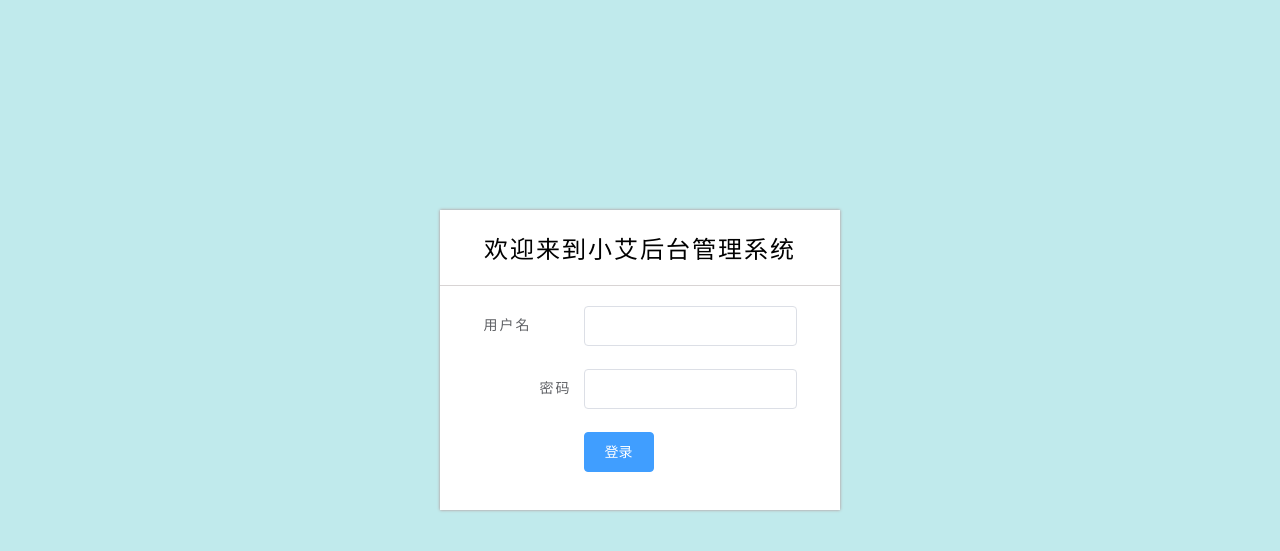
Repository: noob-injoker/router-slots-cw-ee
Page: /Login
The author's editor kept a copy of each file at every save. The page is drawn from the files as they stood at one save, then again after the next save.
The browser window is 1280 px wide. The pictures show the whole page.
The project was rebuilt for these pictures with package versions that can differ from the ones it lists, and the page was loaded fresh each time. Also part of the build but not shown: vue.config.js, src/views/Home.vue.

Above is the page before, as saved 2020-08-28 17:40:38.

### src/main.js
import Vue from 'vue'
import App from './App.vue'
import router from './router'
import store from './store'
import './bus'
import ElementUI from 'element-ui'
import 'element-ui/lib/theme-chalk/index.css'

Vue.use(ElementUI)

Vue.config.productionTip = false

new Vue({
  router,
  store,
  render: h => h(App)
}).$mount('#app')

### src/App.vue
<template>
<div id="app">

  <router-view />

</div>
</template>

<style>
@import './styles/styles.scss';
@import './styles/common.scss';
</style>

### src/router/index.js
import Vue from 'vue'
import VueRouter from 'vue-router'
import Home from '../views/Home.vue'
import Layout from '../views/Home.vue'

Vue.use(VueRouter)

  const routes = [
    {
      path: '/',
      name: 'Layout',
      component: Layout,
      children: [

        {
          path: '',
          name: 'Home',
          component: Home
        }
        // ,
        // {
        //   path: 'cata',
        //   name: 'cata',
        //   component: () => import('../views/cata.vue')
        // }
      ]

    },
    {
      path:'/Login',
      name:"Login",
      component: () => import('../views/Login.vue'),
      meta:{
        title:'登录'
      }
    },
  // ,
  // {
  //   path: '/about',
  //   name: 'About',
  //   // route level code-splitting
  //   // this generates a separate chunk (about.[hash].js) for this route
  //   // which is lazy-loaded when the route is visited.
  //   component: () => import(/* webpackChunkName: "about" */ '../views/About.vue')
  // }

]

const router = new VueRouter({
  mode: 'history',
  base: process.env.BASE_URL,
  routes
})

export default router

### src/store/index.js
import Vue from 'vue'
import Vuex from 'vuex'

Vue.use(Vuex)

export default new Vuex.Store({
  state: {
    some:""
  },
  mutations: {
    setSome(state,data){
      state.some = data
    }
  },
  actions: {
  },
  modules: {
  }
})

### src/bus/index.js
import Vue from 'vue'
const bus = new Vue()
Vue.prototype.$bus = bus

### src/styles/styles.scss
.username .el-form-item__label,.password .el-form-item__label{
    text-align: left;
}

### src/styles/common.scss
*{
  margin: 0px;
  padding: 0px;
}

.df{
  display: flex;
}
.f-1{
  flex: 1;
}
.j-center{
  display: flex;
  justify-content: center;

}
.j-bettween{
  display: flex;
  justify-content: space-between;

}
.j-around{
  display: flex;
  justify-content: space-around;
}
.j-end{
  display: flex;
  justify-content: flex-end;
}
.a-center{
  align-items: center;
}
.f-column{
  display: flex;
  flex-direction: column;
}
.p-r{
  position: relative;
}
.p-a{
  position: absolute;
}

.r1{
  border: 1px solid red;
}
.y1{
  border: 1px solid yellow;
}
.b1{
  border: 1px solid black;
}

.l-height32{
  line-height: 32px;
}
.w100{

  width: 100%;

}
.t-center{
  text-align: center;

}
.f12{
  font-size: 12px;
}

.w1170{
  width: 1170px;
}
.h100{
  height: 100px;
}
.h70{
  height: 70px;
}
.h436{
  height: 436px;
}
.h350{
  height: 350px;
}
.w1070{
  width: 1070px;
}
.h1590{
  height: 1590px;
}
.h726{
  height: 726px;
}
.w1054{
  width: 1054px;
}
.h160{
  height: 160px;
}
.w732{
  width: 732px;
}
.b2{
  border: 2px solid black;
}
.h434{
  height: 434px;

}
.h600{
  height: 600px;
}
.w1078{
  width: 1078px;
}
.h362{
  height: 362px;
}
.fs16{
  font-size: 16px;
}
.w652{
  width: 652px;

}
.h82{
  height: 82px;
}
.w1064{
  width: 1064px;
}
.h352{
  height: 352px;
}
.w286{
  width: 286px;
}
.h22{
  height: 22px;
}
.w290{
  width: 290px;
}
.h330{
  height: 330px;
}
.mt40{
  margin-top: 40px;
}
.h724{
  height: 724px;
}
.h630{
  height: 630px;

}
.w1058{
  width: 1058px;
}
.h160{
  height: 160px;
}
.w290{
  width: 290px;
}
.w738{
  width: 738px;
}
.w1170{
  width: 1170;
}
.h468{
  height: 468px;
}
.mt20{
  margin-top: 20px;
}
.h318{
  height: 318px;
}
.w652{
  width: 652px;
}
.w370{
  width: 370px;
}
.h314{
  height: 314px;
}
.g1{
  border: 1px solid gray;
}
.w146{
  width: 146px;
}
.box_content3_pic img{
  width: 100%;
  height: 100%;
}
.w488{
  width: 488px;
}
.h420{
  height: 420px;
}
.h234{
  height: 234px;
}
.w950{
  width: 950px;
}
.h68{
  height: 68px;
}
.w124{
  width: 124px;
}
.h50{
  height: 50px;
}
.w190{
  width: 190px;
}
.h44{
  height: 44px;
}
.w184{
  width: 184px;
}
.h32{
  height: 32px;
}
.h400{
  height: 400px;
}
.w1200{
  width: 1200px;
}
.w950{
  width: 950px;

}
.h630{
  height: 630px;
}
.h188{
  height: 188px;
}
.h380{
  height: 380px;
}
.h335{
  height: 335px;
}
.h138{
  height: 138px;
}
.w238{
  width: 238px;
}
.h668{
  height: 668px;
}
.h446{
  height: 446px;
}
.w460{
  width: 460px;
}
.w140{
  width: 140px;
}
.h140{
  height: 140px;
}
.w320{
  width: 320px;
}
.w950{
  width: 950px;

}
.h498{
  height: 498px;
}
.h100{
  height: 100px;
}
.h398{
  height: 398px;
}
.mb10{
  margin-bottom: 10px;
}
.w358{
  width: 358px;
}
.w440{
  width: 440px;
}
.w119{
  width: 119px;
}
.h30{
  height: 30px;
}
.w59{
  width: 59px;
}
.h88{
  height: 88px;
}
.w1000{
  width: 1000px;
}
.height{
  height: 460px;
}
.w120{
  width: 120px;
}
.h70{
  height: 70px;
}
.fs12{
  font-size: 12px;
}
.fs14{
  font-size: 14px;
}
.h509{
  height: 509px;
}
.w644{
  width: 644px;
}
.w274{
  width: 274px;
}
.w162{
  width: 274px;
}
.h104{
  height: 104px;
}
.w450{
  width: 450px;
}
.w162{
  width: 162px;
}
.h38{
  height: 38px;
}
.h40{
  height: 40px;
}
.w276{
  width: 276px;
}
.h320{
  height: 320px;
}
.w274{
  width: 274px;

}
.h76{
  height: 76px;
}
.h84{
  height: 84px;
}
.h140{
  height: 140px;
}
.h72{
  height: 72px;
}
.h80{
  height: 80px;
}
.h140{
  height: 140px;
}
.w98{
  width: 98px;
}
.w172{
  width: 172px;
}
.h310{
  height: 310px;
}
.h150{
  height: 150px;
}
.h40{
  height: 40px;
}
.pr{
  position: relative;
}
.pa{
  position: absolute;
}
.h176{
  height: 176px;
}
.w920{
  width: 920px;
}
.h122{
  height: 122px;
}
.h145{
  height: 145px;
}
.h108{
  height: 108px;
}
.h48{
  height: 48px;
}
.w612{
  width: 612px;
}
.h36{
  height: 36px;
}
.w322{
  width: 322px;
}
.w1002{
  width: 1002px;
}
.h98{
  height: 98px;
}
.h44{
  height: 44px;
}

.h328{
  height: 328px;
}
.w670{
  width: 670px;
}
.w258{
  width: 258px;
}
.h368{
  height: 368px;
}
.h308{
  height: 308px;
}
.w332{
  width: 332px;
}
.h590{
  height: 590px;
}
.h466{
  height: 466px;
}
.w242{
  width: 242px;
}
.w732{
  width: 732px;
}
.h42{
  height: 42px;
}
.w420{
  width: 420px;
}
.w270{
  width: 270px;
}
.w730{
  width: 730px;
}
.h150{
  height: 150px;
}
.w270{
  width: 270px;
}
.h120{
  height: 120px;
}
.w420{
  width: 420px;
}

.h150{
  height: 150px;
}
.w244{
  width: 244px;

}
.h276{
  height: 276px;
}
.h42{
  height: 42px;
}
.h490{
  height: 490px;
}
.f1{
  flex: 1;
}
.f5{
  flex: 5;
}
.h64{
  height: 64px;
}
.m-l-20{
  margin-left: 20px;
}
.p-l-8{

  padding-left: 8px;
}
.cw{
  color: white;
}
.bg_blue{
  background: rgb(87, 87, 128);
}
.p10{
  padding:10px;
}
.m-t-40{
  margin-top: 40px;
}
.m-t-10{
  margin-top: 10px;
}
.wb20{
  width: 20%;
}
.wb24{
  width: 24%;
}
.hb30{
  height: 30%;
}
.h60{
  height: 60px;
}
.fs22{
  font-size: 40px;
}
.h50{
  height: 50px;
}
.w200{
  width: 200px;
}
.m-t-10{
  margin-top: 10px;
}
.fw7{
  font-weight: 700;
}
.w200{
  width: 200px;
}
.h200{
  height: 200px;
}
.h602{
  height: 602px;
}
.h608{
  height: 607px;
}
.m-l-r-20{
  margin-left: 20px;
  margin-right: 20px;
}
.bgwhite{
  background: white;
}
.fixed{
  position: fixed;
}
.m-l-r-15{
  margin-left: 15px;
  margin-right: 15px;
}
.m-l-10{
  margin-left: 10px;
}
.m-t-15{
  margin-top:15px
}
.h40{
  height: 40px;
}
.bgw{
  background: white;
}
.h30{
  height: 30px;
}
.wb100{
  width: 100%;
}
.w300{
  width: 400px;
}
.h40{
  height: 40px;
}
.m-b-20{
  margin-bottom: 20px;
}
.m-t-20{
  margin-top: 20px;
}
.m-r-30{
  margin-right:30px;
}
.ccc{
  display: flex;
  align-items: center;
  justify-content: center;
}
.w00{
  width: 100%;

}
.h00{
  height: 100%;
}
.bgBlue{
  background: blue;
}
.bgBlack{
  background: black;
}
.bgGreen{
  background: green;
}

### src/views/Login.vue
<template>
<div class="box">

  <div class="login-box">
    <div class="title ">欢迎来到小艾后台管理系统</div>
    <div class="line"></div>
    <el-form :model="ruleForm" :rules="rules" ref="ruleForm" label-width="100px" class="demo-ruleForm">

      <div class="username">
        <el-form-item label="用户名" prop="用户名">
          <el-input v-model="ruleForm.username"></el-input>
        </el-form-item>
      </div>

     <div>
      <el-form-item label="密码" prop="密码">
        <el-input type="password" v-model="ruleForm.password"></el-input>
      </el-form-item>
     </div>

      <el-form-item>

        <el-button type="primary" @click="submitForm('ruleForm')">登录</el-button>

      </el-form-item>

    </el-form>
  </div>
</div>
</template>

<script>
export default {
  name: '',
  props: {},
  components: {

  },
  data() {
    return {
      ruleForm: {
        username: '',
        password: "",
      },
      rules: {
        username: [{
            required: true,
            message: '请输入用户名',
            trigger: 'blur'
          },
          {
            min: 3,
            max: 5,
            message: '长度在 3 到 5 个字符',
            trigger: 'blur'
          }
        ],
        password: [{
            required: true,
            message: '请输入密码',
            trigger: 'blur'
          },
          {
            min: 3,
            max: 5,
            message: '长度在 3 到 5 个字符',
            trigger: 'blur'
          }
        ]
      }

    }
  },
  methods: {

    submitForm(formName) {
      this.$refs[formName].validate((valid) => {
        if (valid) {
          alert('submit!');
        } else {
          console.log('error submit!!');
          return false;
        }
      });
    }

  },
  mounted() {

  },
  watch: {

  },
  computed: {

  }
}
</script>

<style lang="scss" scoped>
.line {
  text-align: left !important;
}

.line {
  margin: 20px auto;
  width: 100%;
  height: 1px;
  background: rgb(216, 212, 212);
}

.b1 {
  border: 1px solid red;
}

.title {
  margin-top: 20px;
  font-size: 24px;
}

.el-input__inner {
  background: white;
}

.box {
  letter-spacing: 2px;
  background: rgb(192, 234, 236);
  width: 100%;
  height: 100%;
  position: absolute;

}

.login-box {
  position: absolute;
  margin: auto;
  left: 0;
  right: 0;
  top: 0;
  bottom: 0;
  width: 400px;
  height: 300px;
  background: white;
  box-shadow: 0 0 3px rgb(177, 140, 140);
  display: flex;
  flex-direction: column;
  align-items: center;

}
</style>

Loaded but not shown: public/index.html (common file)

After the next save:
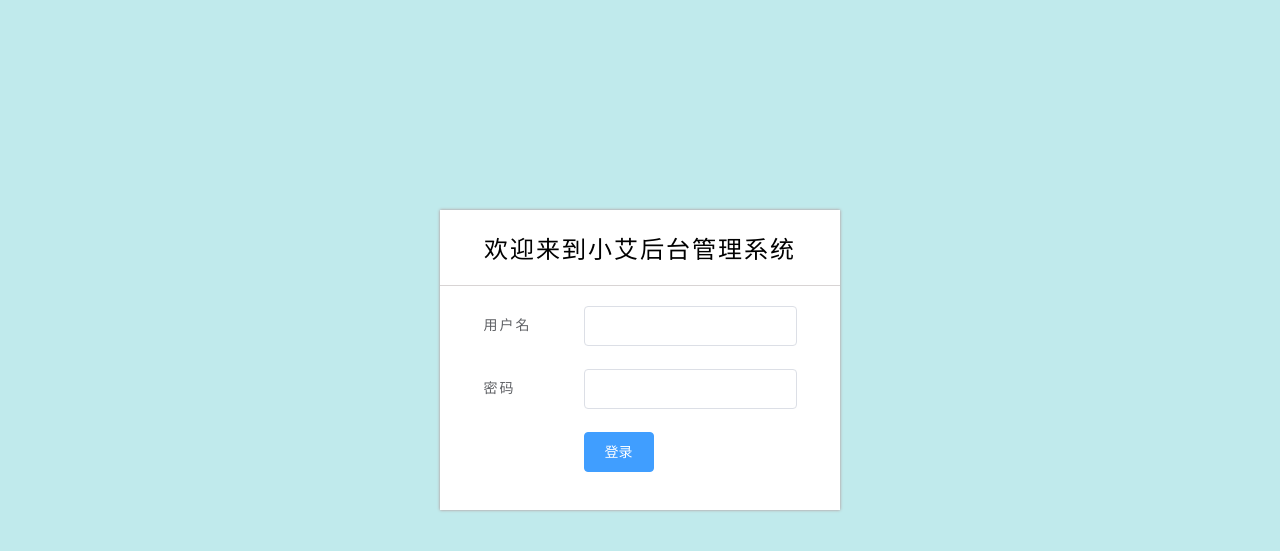
Saved 10 s later.
--- a/src/views/Login.vue
+++ b/src/views/Login.vue
@@ -12,11 +12,11 @@
         </el-form-item>
       </div>
 
-     <div>
-      <el-form-item label="密码" prop="密码">
-        <el-input type="password" v-model="ruleForm.password"></el-input>
-      </el-form-item>
-     </div>
+      <div class="password">
+        <el-form-item label="密码" prop="密码">
+          <el-input type="password" v-model="ruleForm.password"></el-input>
+        </el-form-item>
+      </div>
 
       <el-form-item>
 
